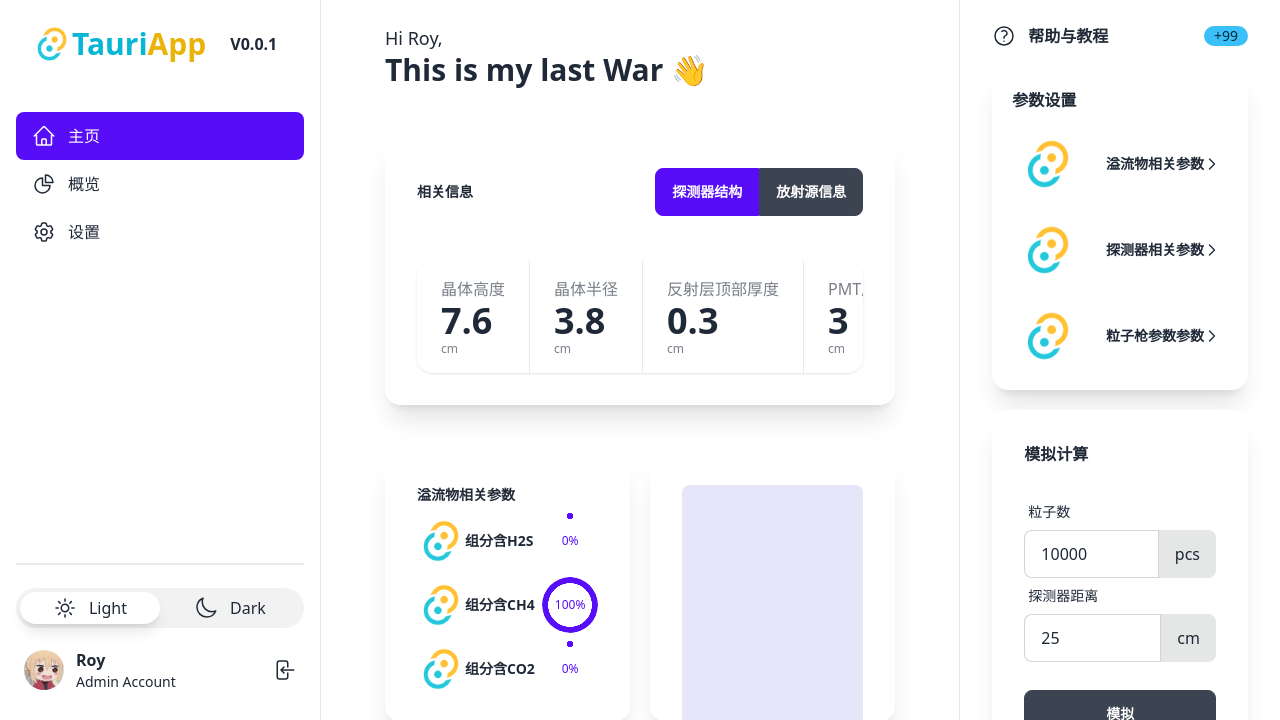
Repository: XMZOVO/tauri-geant4
Page: /
The author's editor kept a copy of each file at every save. The page is drawn from the files as they stood at one save, then again after the next save.
The browser window is 1280 px wide. The pictures show the whole page.
The page's requests for data from a server got no answer. An inner scrolling area shows only its first screen. The project was rebuilt for these pictures with package versions that can differ from the ones it lists, and the page was loaded fresh each time. No one was signed in, and anything a server would have sent is missing. Also part of the build but not shown: vite.config.ts.

Above is the page before, as saved 2022-09-07 19:52:58.

After the next save:
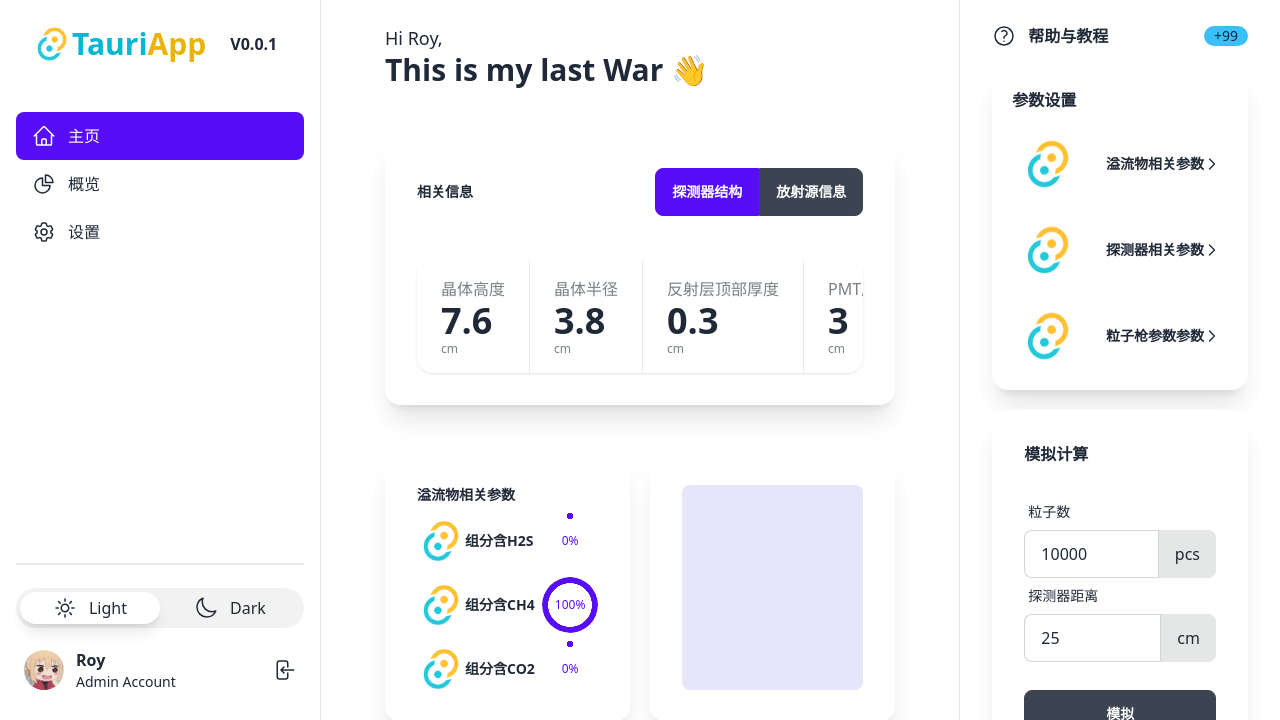
Saved 5 min 17 s later.
--- a/src/components/Home.vue
+++ b/src/components/Home.vue
@@ -202,7 +202,7 @@ const exitApp = async () => {
             <iframe
               :src="detectorSrc"
               frameborder="0"
-              class="h-72 w-full rounded-lg"
+              class="h-full w-full rounded-lg"
             ></iframe>
           </div>
         </div>
